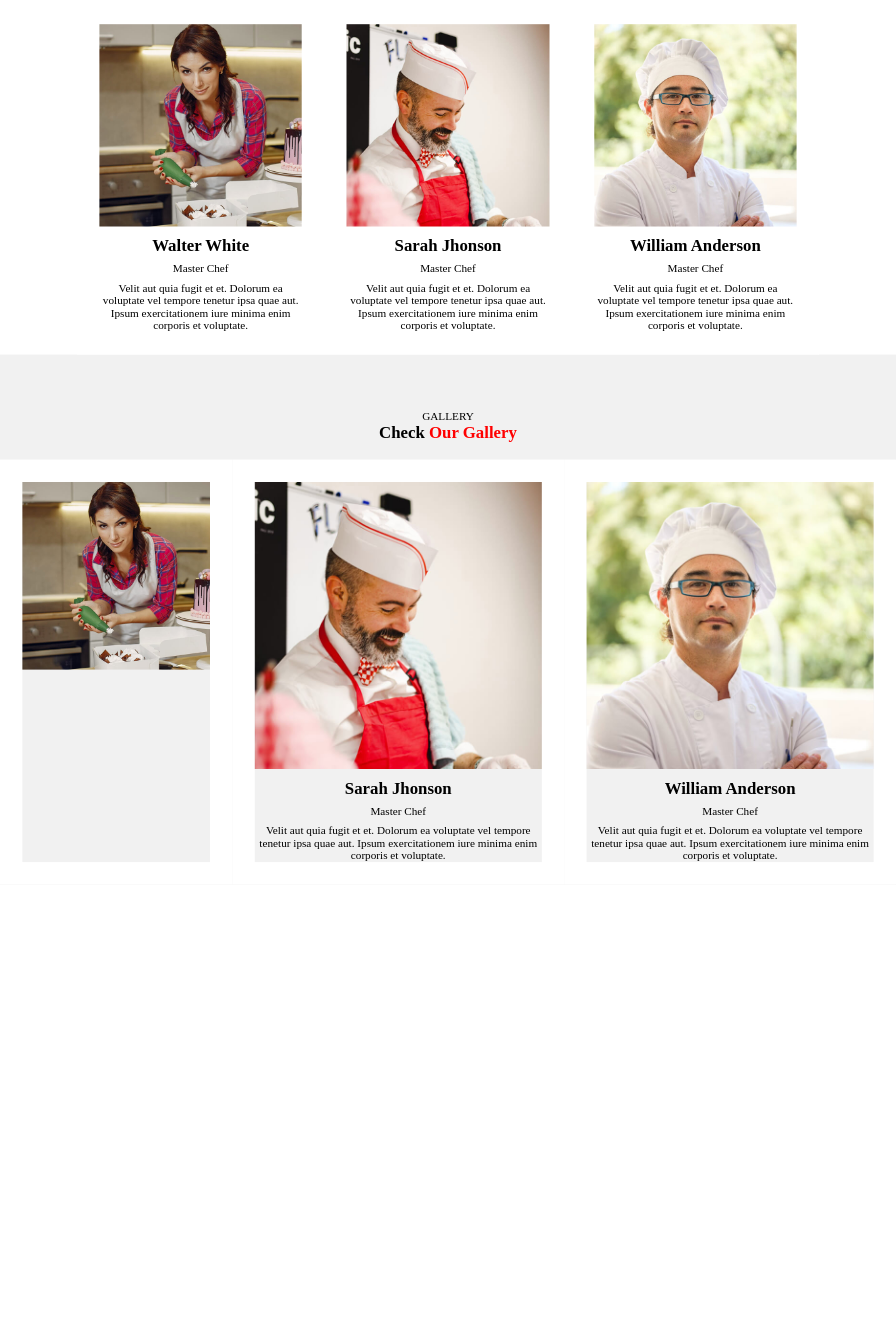
Repository: Ahmedalid/New-project
Page: Rout/index.html
The author's editor kept a copy of each file at every save. The page is drawn from the files as they stood at one save, then again after a run of saves.
The browser window is 1280 px wide. The pictures show the part of the page from y = 921 to 2841 px (the page is 5000 px tall), at 70% of full size.

Above is the page before, as saved 2023-06-08 11:35:49.

After the next 2 saves:
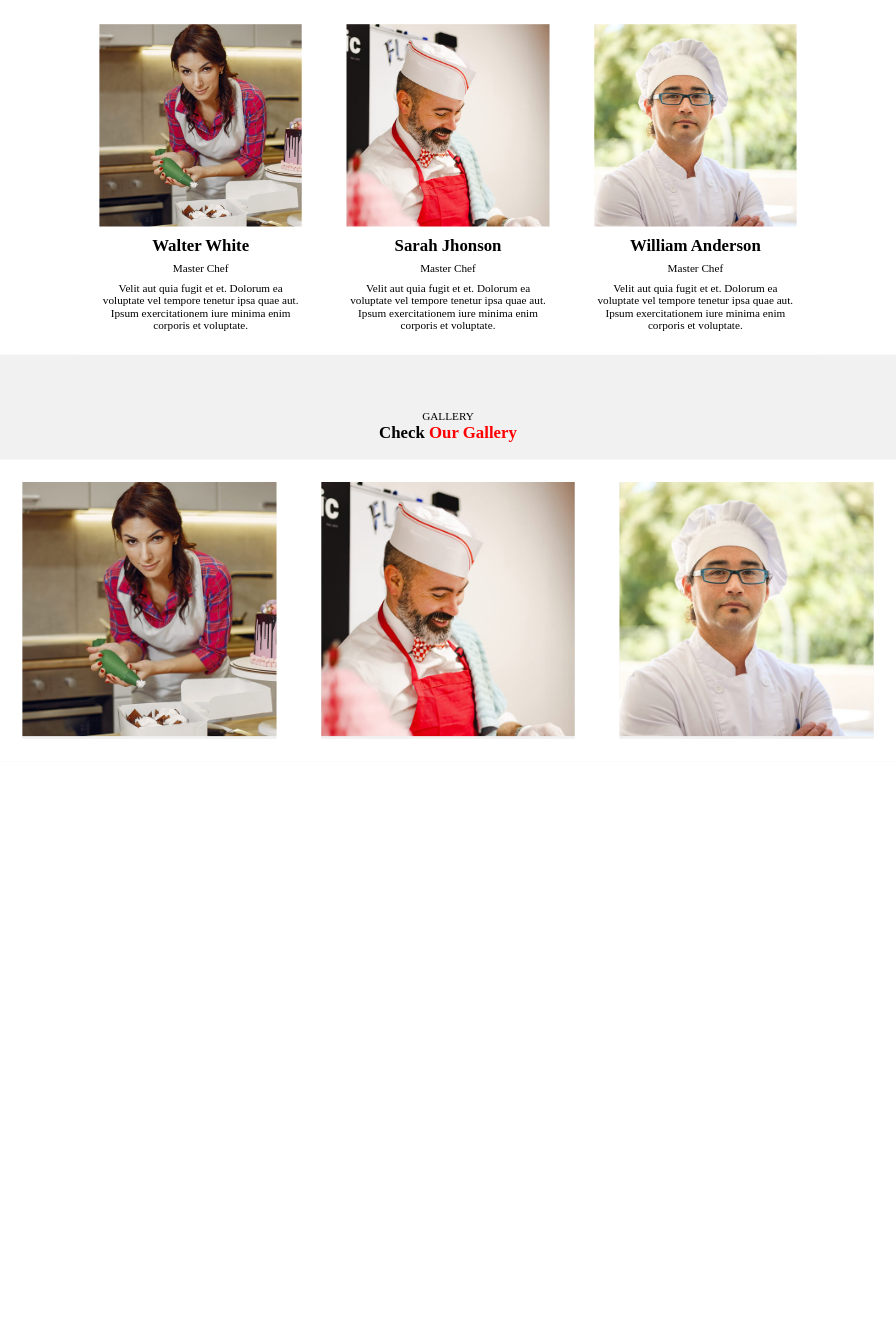
The 2 saves are shown as one change because they came seconds apart.
The last was saved 8 s later.
--- a/Rout/index.html
+++ b/Rout/index.html
@@ -128,13 +128,7 @@
             <div class="mt card-img">
                 <div class="">
                     <img src="img/chefs-1.jpg" alt="">
-                    <h2 class="text-center mt-1">Sarah Jhonson </h5>
-                        <p class="text-center mt-1">Master Chef</p>
-                        <p class="text-center mt-1">
-                            Velit aut quia fugit et et. Dolorum ea voluptate vel
-                            tempore tenetur ipsa quae aut. Ipsum
-                            exercitationem iure minima enim corporis et voluptate.
-                        </p>
+
 
                 </div>
 
@@ -142,13 +136,6 @@
             <div class="mt card-img">
                 <div class="">
                     <img src="img/chefs-3.jpg" alt="">
-                    <h2 class="text-center mt-1">William Anderson</h5>
-                        <p class="text-center mt-1">Master Chef</p>
-                        <p class="text-center mt-1">
-                            Velit aut quia fugit et et. Dolorum ea voluptate vel
-                            tempore tenetur ipsa quae aut. Ipsum
-                            exercitationem iure minima enim corporis et voluptate.
-                        </p>
 
                 </div>
 
